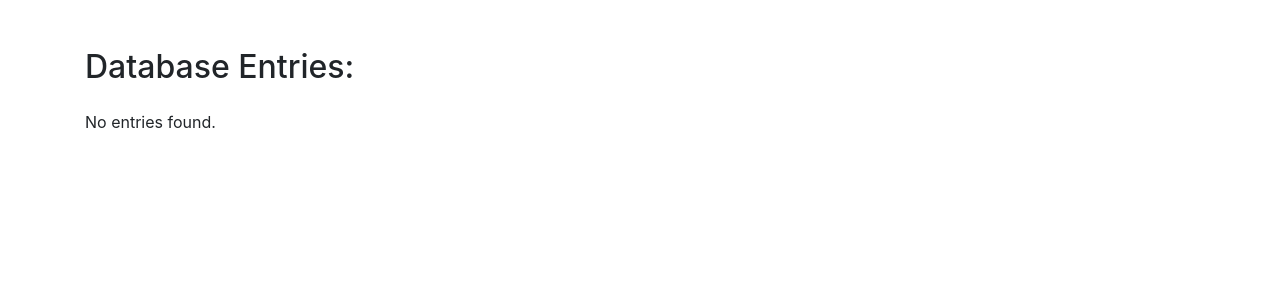
Repository: aayaaaaaaa/JciTriningg
Page: http://localhost/submitData/index.php
The author's editor kept a copy of each file at every save. The page is drawn from the files as they stood at one save, then again after the next save.
The browser window is 1280 px wide. The pictures show the whole page.
The page is run by PHP 8.4 with error messages shown; the project is at /var/www/html/. Queries for data that is not in the repository find no rows.

Above is the page before, as saved 2023-08-16 21:13:43.
Console error: TypeError: Cannot read properties of undefined (reading 'fn')

### submitData/index.php
<!DOCTYPE html>
<html>

<head>
    <title>Submit Data to SQL</title>
    <!-- Add Bootstrap CSS link -->
    <link rel="stylesheet" href="../bootstrap/css/bootstrap.min.css">
</head>

<body>
    <div class="container mt-5">
        <h2 class="mb-4">Database Entries:</h2>

        <?php
        $host = "localhost";
        $username = "root";
        $password = "";
        $dbname = "testdbb";

        $con = mysqli_connect($host, $username, $password, $dbname);
        if (!$con) {
            die("Connection failed!" . mysqli_connect_error());
        }

        $query = "SELECT * FROM contactform_entries";
        $result = mysqli_query($con, $query);

        if (mysqli_num_rows($result) > 0) {
            echo "<ul>";
            while ($row = mysqli_fetch_assoc($result)) {
                echo "<li>{$row['fname']} {$row['lname']} - {$row['email']}</li>";
            }
            echo "</ul>";
        } else {
            echo "<p>No entries found.</p>";
        }

        mysqli_close($con);
        ?>
    </div>


    <script src="../bootstrapjs/bootstrap.min.js"></script>

</body>

</html>

Loaded but not shown: bootstrap/css/bootstrap.min.css (library); bootstrap/js/bootstrap.min.js (library)

After the next save:
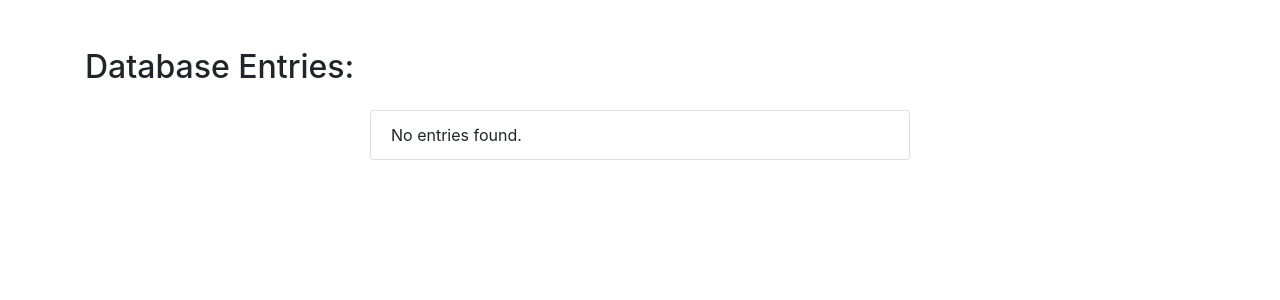
Saved 107 s later.
--- a/submitData/index.php
+++ b/submitData/index.php
@@ -8,36 +8,41 @@
 </head>
 
 <body>
-    <div class="container mt-5">
+<div class="container mt-5">
         <h2 class="mb-4">Database Entries:</h2>
 
-        <?php
-        $host = "localhost";
-        $username = "root";
-        $password = "";
-        $dbname = "testdbb";
+        <div class="row">
+            <div class="col-md-6 mx-auto">
+                <ul class="list-group">
+                    <?php
+                    $host = "localhost";
+                    $username = "root";
+                    $password = "";
+                    $dbname = "testdbb";
 
-        $con = mysqli_connect($host, $username, $password, $dbname);
-        if (!$con) {
-            die("Connection failed!" . mysqli_connect_error());
-        }
+                    $con = mysqli_connect($host, $username, $password, $dbname);
+                    if (!$con) {
+                        die("Connection failed!" . mysqli_connect_error());
+                    }
 
-        $query = "SELECT * FROM contactform_entries";
-        $result = mysqli_query($con, $query);
+                    $query = "SELECT * FROM contactform_entries";
+                    $result = mysqli_query($con, $query);
 
-        if (mysqli_num_rows($result) > 0) {
-            echo "<ul>";
-            while ($row = mysqli_fetch_assoc($result)) {
-                echo "<li>{$row['fname']} {$row['lname']} - {$row['email']}</li>";
-            }
-            echo "</ul>";
-        } else {
-            echo "<p>No entries found.</p>";
-        }
+                    if (mysqli_num_rows($result) > 0) {
+                        while ($row = mysqli_fetch_assoc($result)) {
+                            echo '<li class="list-group-item">' . $row['fname'] . ' ' . $row['lname'] . ' - ' . $row['email'] . '</li>';
+                        }
+                    } else {
+                        echo '<li class="list-group-item">No entries found.</li>';
+                    }
 
-        mysqli_close($con);
-        ?>
+                    mysqli_close($con);
+                    ?>
+                </ul>
+            </div>
+        </div>
     </div>
+
 
 
     <script src="../bootstrapjs/bootstrap.min.js"></script>
